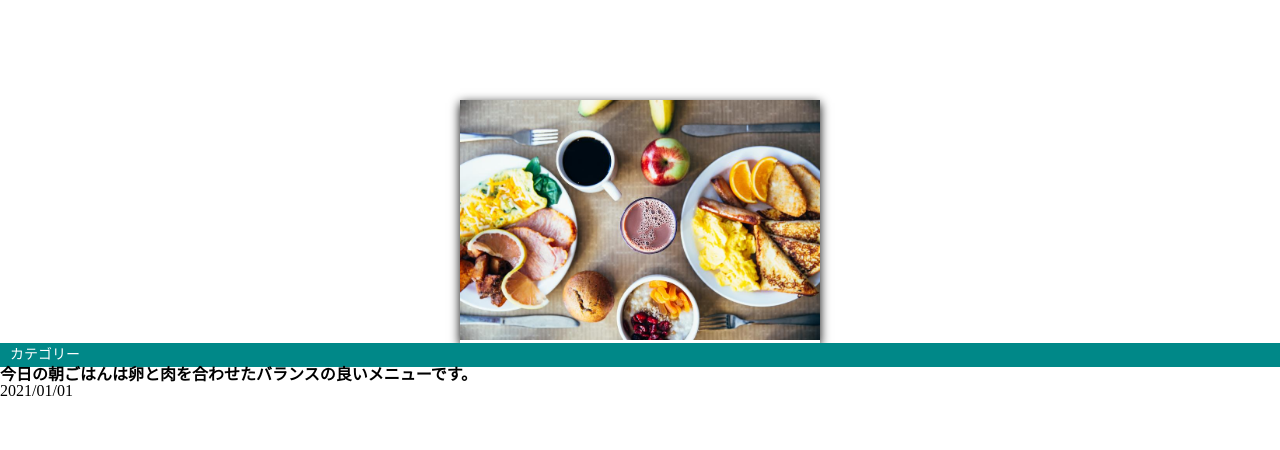
Repository: yosuke257/20231104_watanabe_css
Page: coachtech/html-css/index.html
An editor plug-in stored every save of this project. The page is shown before and after the next save, followed by the edit.
The browser window is 1280 px wide. The pictures show the whole page.

Above is the page before, as saved 2023-10-23 00:16:37.

### coachtech/html-css/index.html
<!DOCTYPE html>
<html lang="ja">

<head>
    <meta charset="UTF-8">
    <meta name="viewport" content="width=device-width, initial-scale=1.0">
    <title>Document</title>
    <link rel="stylesheet" href="css/style.css" />
    <link rel="stylesheet" href="css/reset.css" />
</head>

<body>
    <div class="card">
        <div class="card__img">
            <img src="img/card.jpg" alt="">
        </div>
    </div>

    <div class="card__content">
        <div class="card__content-cat">カテゴリー</div>
        <h2 class="card__content-ttl">
            今日の朝ごはんは卵と肉を合わせたバランスの良いメニューです。
        </h2>
        <div class="card__content-tag">
            <p class="card__content-tag-item"></p>
            <p class="card__content-tag-item card__content-tag-item--last">2021/01/01</p>
        </div>
    </div>

</body>

</html>

### coachtech/html-css/css/style.css
.card {
    width: 360px;
    margin: 100px auto 0;
    box-shadow: 0px 3px 10px rgba(0, 0, 0, 2);
}

.card__img img {
    width: 100%;
}

.card__content-cat {
    font-size: 14px;
    background-color: #008888;
    color: #fff;
    padding: 5px 10px;
    margin: ;
}

### coachtech/html-css/css/reset.css
 /*
html5doctor.com Reset Stylesheet
v1.6.1
Last Updated: 2010-09-17
Author: Richard Clark - http://richclarkdesign.com
Twitter: @rich_clark
*/

 html,
 body,
 div,
 span,
 object,
 iframe,
 h1,
 h2,
 h3,
 h4,
 h5,
 h6,
 p,
 blockquote,
 pre,
 abbr,
 address,
 cite,
 code,
 del,
 dfn,
 em,
 img,
 ins,
 kbd,
 q,
 samp,
 small,
 strong,
 sub,
 sup,
 var,
 b,
 i,
 dl,
 dt,
 dd,
 ol,
 ul,
 li,
 fieldset,
 form,
 label,
 legend,
 table,
 caption,
 tbody,
 tfoot,
 thead,
 tr,
 th,
 td,
 article,
 aside,
 canvas,
 details,
 figcaption,
 figure,
 footer,
 header,
 hgroup,
 menu,
 nav,
 section,
 summary,
 time,
 mark,
 audio,
 video {
     margin: 0;
     padding: 0;
     border: 0;
     outline: 0;
     font-size: 100%;
     vertical-align: baseline;
     background: transparent;
 }

 body {
     line-height: 1;
 }

 article,
 aside,
 details,
 figcaption,
 figure,
 footer,
 header,
 hgroup,
 menu,
 nav,
 section {
     display: block;
 }

 nav ul {
     list-style: none;
 }

 blockquote,
 q {
     quotes: none;
 }

 blockquote:before,
 blockquote:after,
 q:before,
 q:after {
     content: '';
     content: none;
 }

 a {
     margin: 0;
     padding: 0;
     font-size: 100%;
     vertical-align: baseline;
     background: transparent;
 }

 /* change colours to suit your needs */
 ins {
     background-color: #ff9;
     color: #000;
     text-decoration: none;
 }

 /* change colours to suit your needs */
 mark {
     background-color: #ff9;
     color: #000;
     font-style: italic;
     font-weight: bold;
 }

 del {
     text-decoration: line-through;
 }

 abbr[title],
 dfn[title] {
     border-bottom: 1px dotted;
     cursor: help;
 }

 table {
     border-collapse: collapse;
     border-spacing: 0;
 }

 /* change border colour to suit your needs */
 hr {
     display: block;
     height: 1px;
     border: 0;
     border-top: 1px solid #cccccc;
     margin: 1em 0;
     padding: 0;
 }

 input,
 select {
     vertical-align: middle;
 }

After the next save:
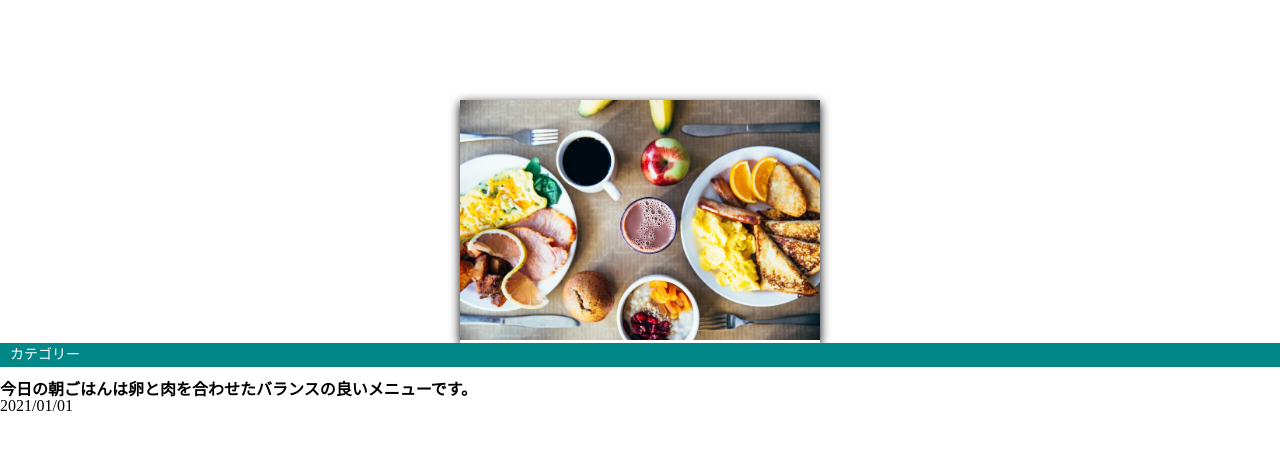
Saved 33 s later.
--- a/coachtech/html-css/css/style.css
+++ b/coachtech/html-css/css/style.css
@@ -13,5 +13,5 @@
     background-color: #008888;
     color: #fff;
     padding: 5px 10px;
-    margin: ;
+    margin-bottom: 15px;
 }
